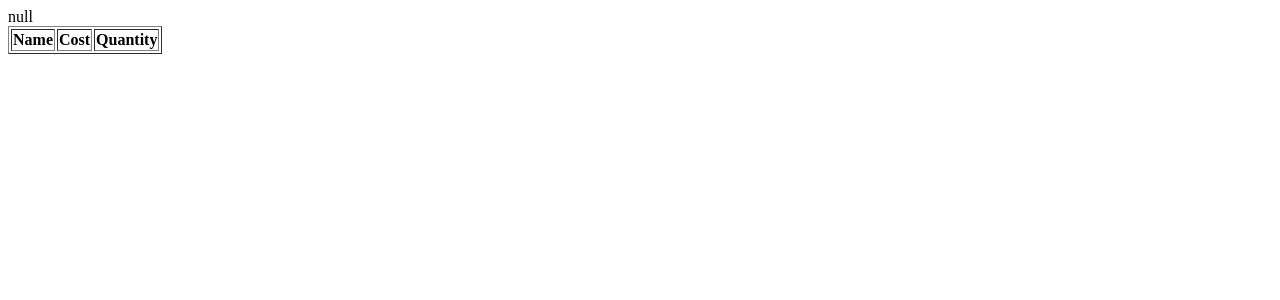
Repository: pratikmathur279/E-Postal-Services-1
Page: http://localhost/Project/clientpurchases.jsp
An editor plug-in stored every save of this project. The page is shown before and after a run of saves, followed by the edit.
The browser window is 1280 px wide. The pictures show the whole page.
The page is served by Tomcat 9. Other server files are loaded and not shown. Queries for data that is not in the repository find no rows.

Above is the page before, as saved 2014-07-31 04:23:06.

### Project/WebContent/clientpurchases.jsp
<%@page language="java"%>
<%@page import="java.sql.*"%>
<form method="post">
<table border="1">
<tr><th>Name</th><th>Cost</th><th>Quantity</th></tr>
<%

System.out.println("hello");

String pname=request.getParameter("productname");
String pcost=request.getParameter("cost");
String quantity=request.getParameter("quantity");
ResultSet rs=null;
out.println(pname);

try
{
	System.out.println("hello1");

	Class.forName("com.ibm.db2.jcc.DB2Driver");
Connection conn = DriverManager.getConnection("jdbc:db2://localhost:50000/POSTALSE", "PRATI_000","FCBarcelona10");
String query = "insert into ITEMSELECTED(name,cost,quantity) values(?,?,?)";
PreparedStatement st = conn.prepareStatement(query);
st.setString(1,pname);
st.setString(2,pcost);
st.setString(3,quantity);
System.out.println("hello2");

int i=st.executeUpdate();
if(i!=0)
{
	System.out.println("hello4");
	%>
	<tr>
		<td><%-- <input type="text" name="name" value="<%=rs.getString("pname")%>"> --%></td>
		<td><%-- <input type="text" name="cost" value="<%=rs.getString("pcost")%>"> --%></td>
		<td><input type="text" name="quantity" value="<%=rs.getString("quantity")%>"></td>
	</tr>

	<tr>
		<td><input type="submit" name="Submit" value="Update" style="background-color:#49743D;font-weight:bold;color:#ffffff;"></td>
	</tr>
	<%

}
else
{
	System.out.println("hello3");
}

}
catch(SQLException e)
{
	e.printStackTrace();
}
catch(Exception e)
{
	e.printStackTrace();
}
%>
</table>
</form>

After the next 2 saves:
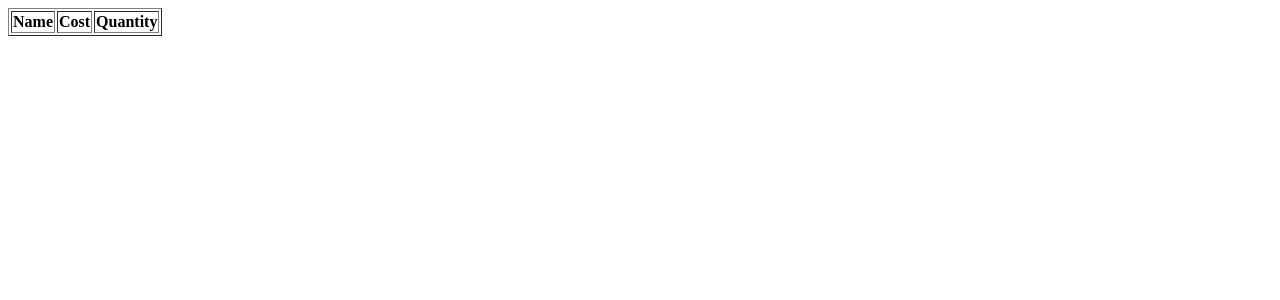
The 2 saves are shown as one change because 1 did not build or start.
The last was saved 76 s later.
--- a/Project/WebContent/clientpurchases.jsp
+++ b/Project/WebContent/clientpurchases.jsp
@@ -7,11 +7,12 @@
 
 System.out.println("hello");
 
-String pname=request.getParameter("productname");
+/* String pname=request.getParameter("productname");
 String pcost=request.getParameter("cost");
-String quantity=request.getParameter("quantity");
+ */
+ String quantity=request.getParameter("quantity");
 ResultSet rs=null;
-out.println(pname);
+//out.println(pname);
 
 try
 {
@@ -21,8 +22,8 @@
 Connection conn = DriverManager.getConnection("jdbc:db2://localhost:50000/POSTALSE", "PRATI_000","FCBarcelona10");
 String query = "insert into ITEMSELECTED(name,cost,quantity) values(?,?,?)";
 PreparedStatement st = conn.prepareStatement(query);
-st.setString(1,pname);
-st.setString(2,pcost);
+//st.setString(1,pname);
+//st.setString(2,pcost);
 st.setString(3,quantity);
 System.out.println("hello2");
 
